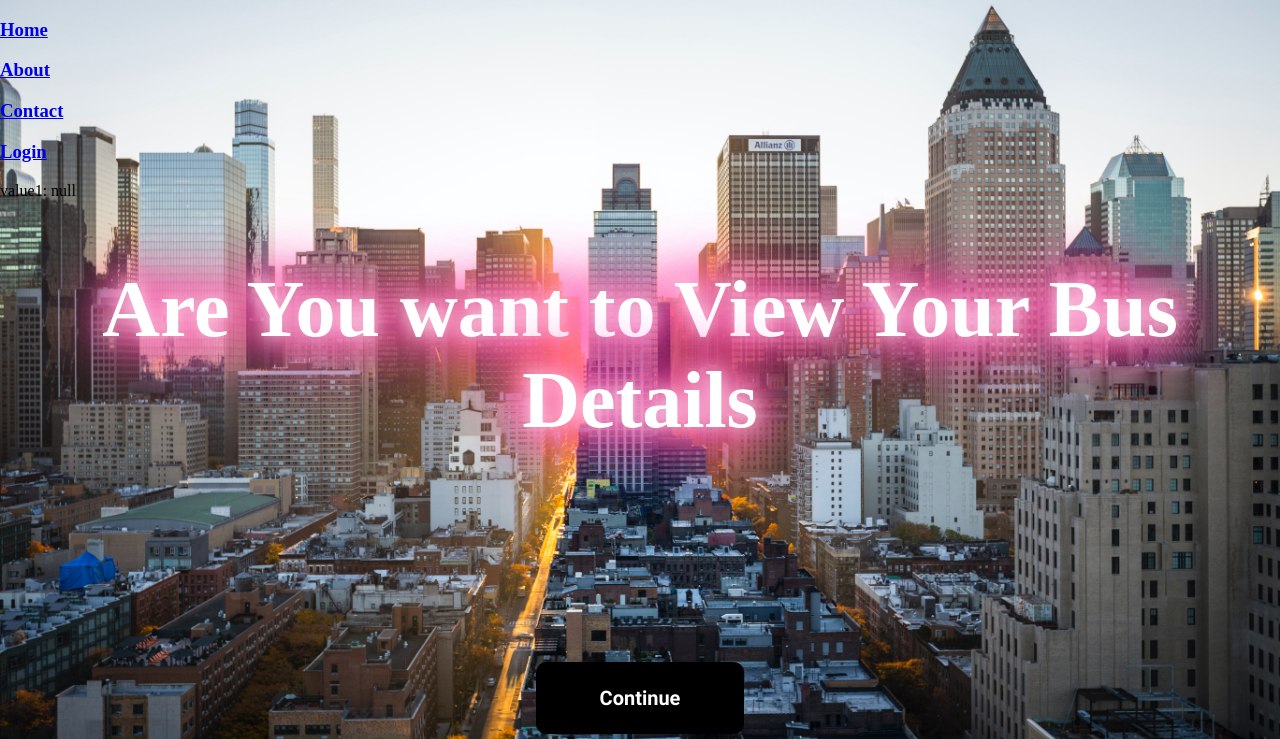
Repository: Savindushehan/RouteMaster-Group-project
Page: http://localhost/RouterMaster/BeforeTicket.jsp
The author's editor kept a copy of each file at every save. The page is drawn from the files as they stood at one save, then again after the next save.
The browser window is 1280 px wide. The pictures show the whole page.
The page is served by Tomcat 10. Other server files are loaded and not shown. The template is opened directly, without the code that normally fills it, so the values that code supplies are empty.

Above is the page before, as saved 2023-10-23 09:02:02.

### RouteMaster/RouterMaster/src/main/webapp/BeforeTicket.jsp
<%@ page language="java" contentType="text/html; charset=UTF-8" pageEncoding="UTF-8"%>
<%@ taglib prefix="c" uri="http://java.sun.com/jsp/jstl/core" %>
<!DOCTYPE html>
<html>
<head>
<meta charset="UTF-8">
<title>Insert title here</title>
<style>
  @font-face {
        font-family: 'Roboto-Light'; /* Font family name */
        src: url('Fonts/Roboto-Light.ttf') format('truetype'); /* URL to your font file */
        font-weight: normal;
        font-style: italic;
        }
        @font-face {
        font-family: 'Raleway-Light'; /* Font family name */
        src: url('Fonts/Raleway-Light.ttf') format('truetype'); /* URL to your font file */
        font-weight: normal;
        font-style: italic;
        }
        @font-face {
        font-family: 'Roboto-Bold'; /* Font family name */
        src: url('Fonts/Roboto-Bold.ttf') format('truetype'); /* URL to your font file */
        font-weight: normal;
        font-style: italic;
        }
        :root{
            --div-color1:#000000;
            --div-color2:#272702;
            --div-color3:#07FAFA;
            --div-color4:#FFFFFF;
        }
  body{
            margin: 0;
            padding: 0;
			background-image: url('Images/back2.jpg');
            background-size: cover;
            background-repeat: no-repeat;
            background-position: center;
            height: 100vh;

        }
	    form{
	    width:100%;
	    margin-left:auto;
	    margin-right:auto;
	     text-align: center;
	     margin-top:30vh;
	    }
      h1 {
         margin-top: 4rem;
        font-size: 80px;
        color:var(--div-color4);
        text-align: center;
        -webkit-animation: glow 1s ease-in-out infinite alternate;
        -moz-animation: glow 1s ease-in-out infinite alternate;
        animation: glow 1s ease-in-out infinite alternate;
        }

        @-webkit-keyframes glow {
        from {
            text-shadow: 0 0 10px #fff, 0 0 20px #fff, 0 0 30px #e60073, 0 0 40px #e60073, 0 0 50px #e60073, 0 0 60px #e60073, 0 0 70px #e60073;
        }
        to {
            text-shadow: 0 0 20px #fff, 0 0 30px #ff4da6, 0 0 40px #ff4da6, 0 0 50px #ff4da6, 0 0 60px #ff4da6, 0 0 70px #ff4da6, 0 0 80px #ff4da6;
        }
        }
         button{
          text-align: center;
          padding-left: 4rem;
          padding-right: 4rem;
          padding-top: 1.5rem;
          padding-bottom: 1.5rem;
          border-radius: 10px;
          font-family: 'Roboto-Bold';
          background-color: var(--div-color1);
          color: var(--div-color4);
          border: none;
          outline: none;
          cursor: pointer;
           font-size: 20px;
        }

</style>
</head>
<body>
<header>
        <div class="head">
           <a href="Home.jsp"><h3 id="m1">Home</h3></a>
           <a href="AboutUs.jsp"><h3 id="m2">About</h3></a>
            <a href="ContactUS.jsp"><h3 id="m3">Contact</h3></a>
           <a href="login.jsp"><h3 id="m4">Login</h3></a>
        </div>
    </header>

<%
String value1 = (String) request.getAttribute("attr3");
%>
<p>value1: <%= value1 %></p>
<h1>Are You want to View Your Bus Details</h1>


<form action="NewBookingServlet" method="GET">
   <input type="hidden" name="RIDnew" value="<%= value1 %>">

<button id="btn1" name="before">Continue</button>

</form>
<script>
var BTN=document.getElementById("btn1");
BTN.onmousemove=function(){
    BTN.style.color="var(--div-color1)";
    BTN.style.backgroundColor="var(--div-color4)";
  }
  BTN.onmouseout=function(){
    BTN.style.color="var(--div-color4)";
    BTN.style.backgroundColor="var(--div-color1)";
  }
</script>
</body>
</html>

After the next save:
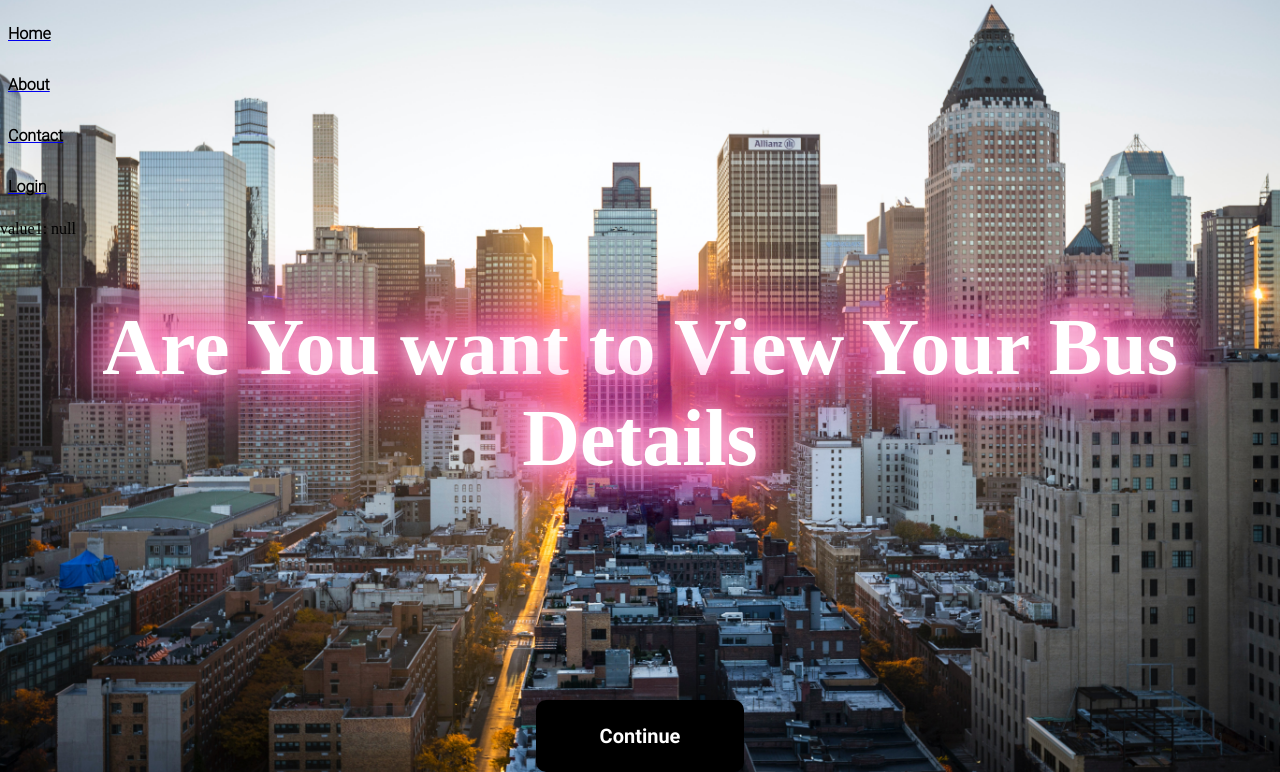
Saved 53 s later.
--- a/RouteMaster/RouterMaster/src/main/webapp/BeforeTicket.jsp
+++ b/RouteMaster/RouterMaster/src/main/webapp/BeforeTicket.jsp
@@ -29,6 +29,16 @@
             --div-color2:#272702;
             --div-color3:#07FAFA;
             --div-color4:#FFFFFF;
+        }
+         header h3{
+            color: var(--div-color1);
+            font-size:1rem;
+            margin-right: 3rem;
+            cursor: grab;
+            padding: 0.5rem;
+            border-radius: 0.5rem;
+            outline: none;
+            font-family: 'Roboto-Light';
         }
   body{
             margin: 0;
@@ -106,16 +116,55 @@ String value1 = (String) request.getAttribute("attr3");
 <button id="btn1" name="before">Continue</button>
 
 </form>
-<script>
-var BTN=document.getElementById("btn1");
-BTN.onmousemove=function(){
-    BTN.style.color="var(--div-color1)";
-    BTN.style.backgroundColor="var(--div-color4)";
-  }
-  BTN.onmouseout=function(){
-    BTN.style.color="var(--div-color4)";
-    BTN.style.backgroundColor="var(--div-color1)";
-  }
-</script>
+ <script>
+
+        var M1=document.getElementById("m1");
+        var M2=document.getElementById("m2");
+        var M3=document.getElementById("m3");
+        var M4=document.getElementById("m4");
+        var BTN=document.getElementById("btn1");
+
+        M1.onmousemove=function(){
+          M1.style.backgroundColor="var(--div-color3)";
+          M1.style.color="var(--div-color4)";
+        }
+        M1.onmouseout=function(){
+          M1.style.backgroundColor="";
+          M1.style.color="var(--div-color1)";
+        }
+        M2.onmousemove=function(){
+          M2.style.backgroundColor="var(--div-color3)";
+          M2.style.color="var(--div-color4)";
+        }
+        M2.onmouseout=function(){
+          M2.style.backgroundColor="";
+          M2.style.color="var(--div-color1)";
+        }
+        M3.onmousemove=function(){
+          M3.style.backgroundColor="var(--div-color3)";
+          M3.style.color="var(--div-color4)";
+        }
+        M3.onmouseout=function(){
+          M3.style.backgroundColor="";
+          M3.style.color="var(--div-color1)";
+        }
+        M4.onmousemove=function(){
+          M4.style.backgroundColor="var(--div-color3)";
+          M4.style.color="var(--div-color4)";
+        }
+        M4.onmouseout=function(){
+          M4.style.backgroundColor="";
+          M4.style.color="var(--div-color1)";
+        }
+        /* Above javascript code must include all tha page.don't change the code.*/
+        BTN.onmousemove=function(){
+          BTN.style.color="var(--div-color1)";
+          BTN.style.backgroundColor="var(--div-color4)";
+        }
+        BTN.onmouseout=function(){
+          BTN.style.color="var(--div-color4)";
+          BTN.style.backgroundColor="var(--div-color1)";
+        }
+       </script>
 </body>
 </html>
